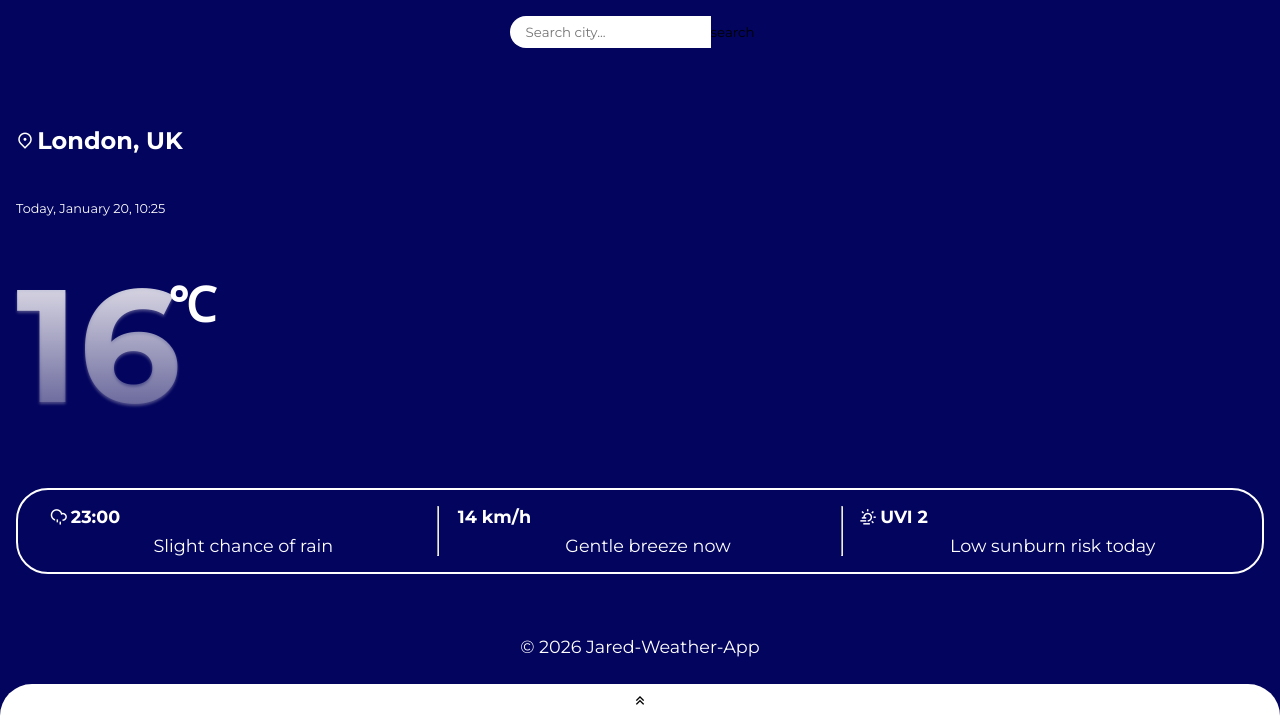
Repository: EguJaredoBoyd/Jared-Weather-App
Page: main.html
These files come from the project's save history. The page is drawn as it stood at one moment and after the next save; the edit follows.
The browser window is 1280 px wide. The pictures show the whole page.
Some icons come from a web library that is not loaded, so they are not drawn. Some web libraries are served in a nearby version.

Above is the page before, as saved 2026-02-04 17:15:04.

### main.html
<!doctype html>
<html lang="en">
  <head>
    <meta charset="UTF-8" />
    <meta name="viewport" content="width=device-width, initial-scale=1.0" />
    <link rel="preconnect" href="https://fonts.googleapis.com" />
    <link rel="preconnect" href="https://fonts.gstatic.com" crossorigin />
    <link
      href="https://fonts.googleapis.com/css2?family=Montserrat:ital,wght@0,100..900;1,100..900&display=swap"
      rel="stylesheet"
    />
    <link
      href="https://cdn.jsdelivr.net/npm/remixicon@4.8.0/fonts/remixicon.css"
      rel="stylesheet"
    />
    <link rel="stylesheet" href="./css/styles.css" />
    <script src="./js/main.js" defer></script>
    <script src="./js/weather.js" defer></script>
    <title>Jared-Weather-App</title>
  </head>
  <body class="weather-app">
    <div class="weather-app__container">
      <header>
        <div class="search-place">
          <input
            type="text"
            placeholder="Search city..."
            aria-label="Search city"
            id="search-input"
          />
          <button id="search-button">search</button>
        </div>
      </header>
      <main>
        <section class="current-weather">
          <div class="place-searched">
            <i class="ri-map-pin-2-line"></i>
            <h3 class="city-name">London, UK</h3>
          </div>
          <div class="date-today">
            <time datetime="2026-01-20T10:25">Today, January 20, 10:25</time>
          </div>
          <div class="place-temperature">
            <span class="place-temperature__measure"><h3>16</h3></span>
            <span class="place-temperature__degree"><h3>℃</h3></span>
          </div>
          <div class="place-forecast">
            <article class="forecast-item forecast-item--weather">
              <div>
                <span><i class="ri-drizzle-line"></i></span>
                <time datetime="23:00"> <h4>23:00</h4></time>
              </div>
              <p>Slight chance of rain</p>
            </article>
            <hr />

            <article class="forecast-item forecast-item--wind">
              <div>
                <span><i class="ri-arrow-right-up-long-line"></i></span>
                <h4>14 km/h</h4>
              </div>
              <p>Gentle breeze now</p>
            </article>
            <hr />

            <article class="forecast-item forecast-item--uv">
              <div>
                <span><i class="ri-sun-foggy-line"></i></span>
                <h4>UVI 2</h4>
              </div>
              <p>Low sunburn risk today</p>
            </article>
          </div>
        </section>
        <section class="swipe-section" aria-hidden="true" id="swipe-section">
          <!-- Slide for the hourly and daily forecast -->
          <button class="sheet-handle" id="sheet-handle" aria-expanded="false">
            <i class="ri-arrow-up-double-line" id="icon-handle"></i>
          </button>

          <div class="swipe-forecast">
            <!-- Hourly Forecast -->
            <article class="sheet-card hourly-forecast">
              <h4>Hourly Forecast</h4>

              <ul class="hourly-list">
                <li class="hour">
                  <time datetime="2026-01-27T13:00">1 PM</time>
                  <img src="" alt="Cloudy weather" />
                  <span class="temp">18°</span>
                </li>
              </ul>
            </article>

            <!-- 7-Day Forecast -->
            <article class="sheet-card daily-forecast">
              <h4>7-Day Forecast</h4>

              <ul class="daily-list">
                <li class="day">
                  <span class="day-name">Mon</span>
                  <img src="" alt="Rainy weather" />
                  <span class="temp-range">16° / 22°</span>
                </li>
              </ul>
            </article>

            <!-- Weather Metrics -->
            <article class="sheet-card weather-metrics">
              <h4>Weather Details</h4>

              <dl class="metrics-grid">
                <div class="metric">
                  <dt>Wind</dt>
                  <dd>14 km/h</dd>
                </div>

                <div class="metric">
                  <dt>Humidity</dt>
                  <dd>62%</dd>
                </div>

                <div class="metric">
                  <dt>Pressure</dt>
                  <dd>1013 hPa</dd>
                </div>
              </dl>
            </article>

            <!-- Sun Times -->
            <article class="sheet-card sun-times">
              <h4>Sun</h4>

              <dl class="sun-grid">
                <div>
                  <dt>Sunrise</dt>
                  <dd>
                    <time datetime="2026-01-27T06:34">6:34 AM</time>
                  </dd>
                </div>

                <div>
                  <dt>Sunset</dt>
                  <dd>
                    <time datetime="2026-01-27T18:52">6:52 PM</time>
                  </dd>
                </div>
              </dl>
            </article>
          </div>
        </section>
      </main>
      <footer>
        <div><p>&copy; 2026 Jared-Weather-App</p></div>
      </footer>
    </div>
  </body>
</html>

### css/styles.css
/* ==== CSS RESET ==== */
*,
*::before,
*::after {
  margin: 0;
  padding: 0;
  box-sizing: border-box;
  /* outline: 1px solid red; */
}

:root {
  --background-color: #03045e;
  --text-color: white;
  --font: "Montserrat", sans-serif;
}

html {
  font-size: 16px;
  height: 100%;
}

body {
  background-color: var(--background-color);
  color: var(--text-color);
  height: 100%;
  font-family: var(--font);
}

h1,
h2,
h3,
h4,
h5,
h6 {
  font-size: clamp(0.5rem, 3vw, 1.1rem);
}

p {
  font-size: clamp(0.5rem, 2.5vw, 1.1rem);
}

.weather-app__container {
  display: flex;
  flex-direction: column;
  min-height: 100dvh;
}

.search-place {
  display: flex;
  justify-content: center;
  padding: 1rem;
}

.search-place input {
  padding: 0.5rem 1rem;
  border: none;
  border-bottom-left-radius: 1rem;
  border-top-left-radius: 1rem;
  font-family: var(--font);
  outline: none;
}

.search-place button {
  border: none;
  border-top-right-radius: 1rem;
  border-bottom-right-radius: 1rem;
  padding: 0.5rem 1rem;
  font-family: var(--font);
  margin-left: -1rem;
  background: none;
}

main {
  display: flex;
  flex-direction: column;
  padding: 1rem;
}

.current-weather {
  display: flex;
  flex-direction: column;
  justify-content: space-evenly;
  /* row-gap: clamp(2.5rem, 2.5vw, 5rem); */
  min-height: 75dvh;
}

.place-searched {
  display: flex;
  align-items: center;
  column-gap: 0.2rem;
  font-size: large;
}

.city-name {
  font-size: clamp(0.5rem, 6vw, 1.5rem);
}

.date-today {
  font-size: clamp(0.5rem, 3vw, 0.8rem);
}

.place-temperature {
  display: flex;
  align-items: center;
  position: relative;
  margin-top: -1rem;
}

.place-temperature__measure h3 {
  font-size: clamp(5rem, 38vw, 10rem);
  background: linear-gradient(to bottom, white, var(--background-color));
  -webkit-background-clip: text;
  background-clip: text;
  -webkit-text-fill-color: transparent;
  text-shadow: 0 2px 3px rgba(243, 235, 235, 0.3);
}

.place-temperature__degree h3 {
  font-size: clamp(1.5rem, 20vw, 3rem);
  position: absolute;
  top: 1.5rem;
  left: clamp(4rem, 40vw, 9.5rem);
}

.place-forecast {
  display: flex;
  justify-content: center;
  border: 2px solid white;
  border-radius: 2rem;
  padding: 1rem;
}

.forecast-item {
  padding-left: 1rem;
  width: 100%;
  max-width: 100%;
}

.forecast-item div {
  display: flex;
  column-gap: 0.2rem;
  margin-bottom: 0.5rem;
  font-size: clamp(0.5rem, 3vw, 1.1rem);
}

.forecast-item p {
  font-size: clamp(0.5rem, 2.5vw, 1.1rem);
  text-align: center;
}

/* Swipe section styles */

.swipe-section {
  position: fixed;
  min-height: 100dvh;
  top: 95%;
  right: 0;
  left: 0;
  transition: transform 2s ease;
  background-color: var(--text-color);
  color: var(--background-color);
  border-radius: 2rem;
}

.swipe-section.is-open {
  transform: translateY(-80%);
}

.no-scroll {
  overflow: hidden;
}

.swipe-section button {
  margin: 0.5rem auto;
  display: flex;
  justify-self: center;
  background: none;
  border: none;
}

.swipe-section button i {
  font-size: 1rem;
}

.swipe-forecast {
  display: grid;
  grid-template-columns: repeat(3, 1fr);
  gap: 2rem;
}

.sheet-card {
  font-size: clamp(0.5rem, 2.5vw, 1.1rem);
  padding: 1rem;
}

.sheet-card ul {
  list-style-position: inside;
}

footer div p {
  text-align: center;
}

### js/main.js
//Target all the buttons necessary
const swipeSection = document.getElementById("swipe-section");
const sheetHandle = document.getElementById("sheet-handle");
const iconHandle = document.getElementById("icon-handle");

//Create a function to handle swipe
function handleSwipe() {
  sheetHandle.addEventListener("click", () => {
    const isOpen = swipeSection.classList.toggle("is-open");

    //Add accessibilty and optimization
    swipeSection.setAttribute("aria-hidden", !isOpen);
    sheetHandle.setAttribute("aria-expanded", isOpen);

    //Statement to switch icons
    iconHandle.className = isOpen
      ? "ri-arrow-down-double-line"
      : "ri-arrow-up-double-line";

    //Add a class to handle the scroll
    document.body.classList.toggle("no-scroll");
  });
}

handleSwipe();

### js/weather.js
//My API key 56d08a907c0260865bb8f620502bfcbf
const WEATHER_API_KEY = "56d08a907c0260865bb8f620502bfcbf";

//Target my button and search input for city
const searchInput = document.getElementById("search-input");
const searchButton = document.getElementById("search-button");

//Create function to ask for weather app
async function fetchWeather(city) {
  try {
    const apiResponse = await fetch(
      `https://api.openweathermap.org/data/2.5/forecast?q=${city}&units=metric&appid=${WEATHER_API_KEY}`,
    );

    const apiData = await apiResponse.json();
    console.log(apiData);

    const countryDataDisplay = apiData.city;
    const weatherDataDisplay = apiData.list[0];

    const cityDate = apiData.list[0];

    //Display the country
    console.log(countryDataDisplay.name);
    console.log(countryDataDisplay.country);

    //Display the date of the city
    const currentDateTime = cityDate.dt * 1000;
    const date = new Date(currentDateTime);
    const timeZone = apiData.city.timezone * 1000;
    const localDate = Date.now();

    console.log(
      date.toLocaleDateString("en-GB", {
        weekday: "short",
        month: "short",
        day: "numeric",
      }),
    );

    console.log(localDate.toLocaleString("en-GB"));

    console.log(apiData.list[0].main.temp);
    console.log(apiData.list[0].weather[0].description);
  } catch (error) {
    console.error(error.message);
  }
}

//Search for city
searchButton.addEventListener("click", () => {
  const city = searchInput.value.trim();
  if (!city) return;

  fetchWeather(city);
});

After the next save:
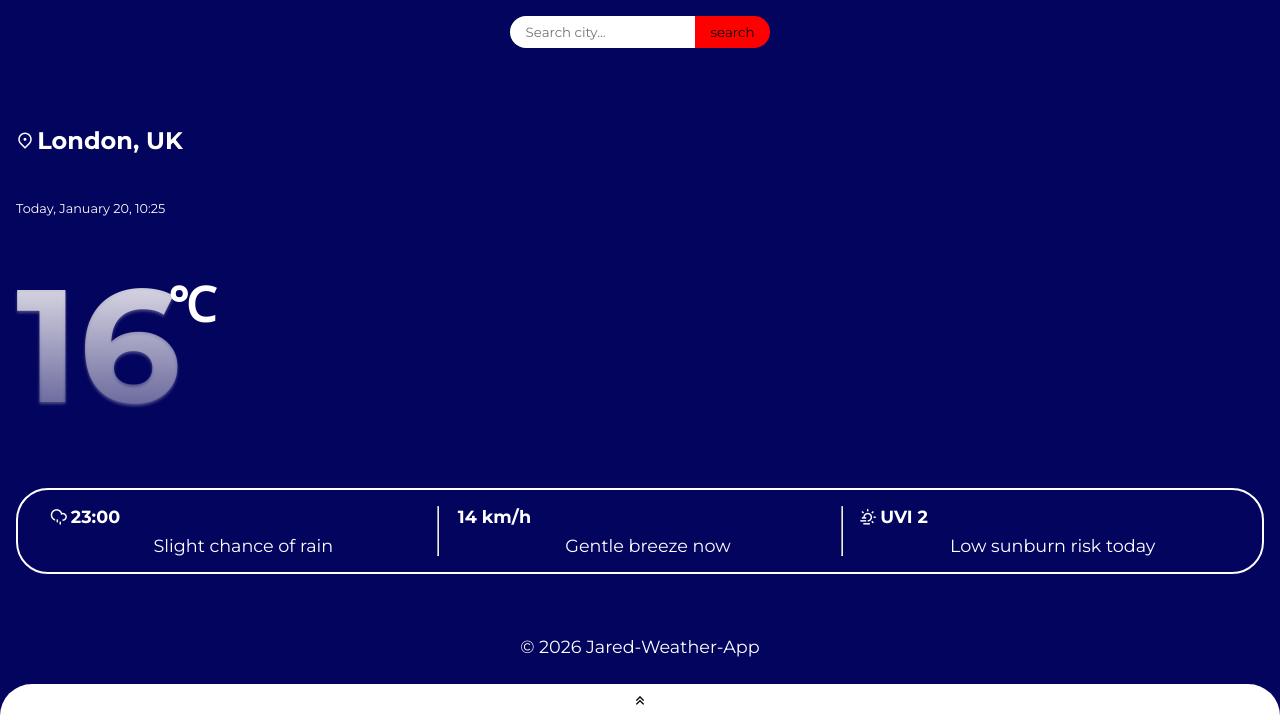
Saved 6 s later.
--- a/css/styles.css
+++ b/css/styles.css
@@ -67,7 +67,7 @@ p {
   padding: 0.5rem 1rem;
   font-family: var(--font);
   margin-left: -1rem;
-  background: none;
+  background: red;
 }
 
 main {
